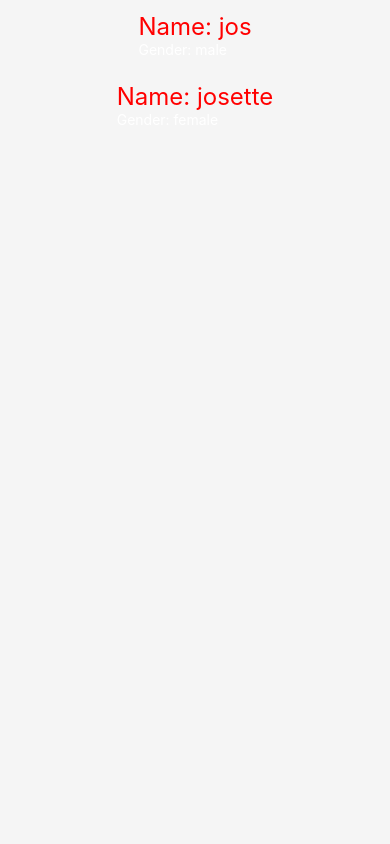
Repository: kfrancois/Bachelorproef-Apps
Screen: / (app in React Native/ListApp/.vscode/)
These files come from the project's save history. The screen is drawn as it stood at one moment and after the next save; the edit follows.
The app was drawn by React Native's web renderer in a window 390 px wide. The project was rebuilt for these pictures with package versions that can differ from the ones it lists, and the page was loaded fresh each time.

Above is the screen before, as saved 2018-04-23 14:58:12.

### React Native/ListApp/.vscode/App.js
import React, { Component } from 'react';
import MyListView from './src/listView';

// type Props = {};
export default class App extends Component {
  render() {
    return <MyListView />;
  }
}

### React Native/ListApp/.vscode/src/listView.js
import React, { Component } from 'react';
import { View, FlatList, Text, SafeAreaView, StyleSheet } from 'react-native';
import items from './items';
import Row from './row';

export default class MyListView extends Component {
  render() {
    return (
      <SafeAreaView style={{ flex: 1, backgroundColor: 'whitesmoke' }}>
        <FlatList
          style={styles.idk}
          contentContainerStyle={styles.container}
          data={items}
          renderItem={data => {
            return <Row item={data.item} />;
          }}
        />
      </SafeAreaView>
    );
  }
}

const styles = StyleSheet.create({
  idk: {
    flex: 1,
    backgroundColor: 'whitesmoke'
  },
  container: {
    justifyContent: 'center',
    alignItems: 'center'
  },
  item: {
    padding: 10,
    fontSize: 18,
    height: 44
  }
});

### React Native/ListApp/.vscode/src/items.js
const items = [
  {
    key: '0',
    name: 'jos',
    gender: 'male'
  },
  {
    key: '1',
    name: 'josette',
    gender: 'female'
  }
];

export default items;

### React Native/ListApp/.vscode/src/row.js
import React from 'react';
import { View, Text, StyleSheet } from 'react-native';

const styles = StyleSheet.create({
  container: {
    padding: 12,
    flexDirection: 'column'
  },
  rowText: {
    fontSize: 14,
    color: '#fff'
  },
  rowHeading: {
    fontSize: 24,
    color: 'red'
  }
});

const Row = props => {
  const item = props.item;
  const { name, gender } = item;
  return (
    <View style={styles.container}>
      <Text style={styles.rowHeading}>Name: {name}</Text>
      <Text style={styles.rowText}>Gender: {gender}</Text>
    </View>
  );
};

export default Row;

After the next save:
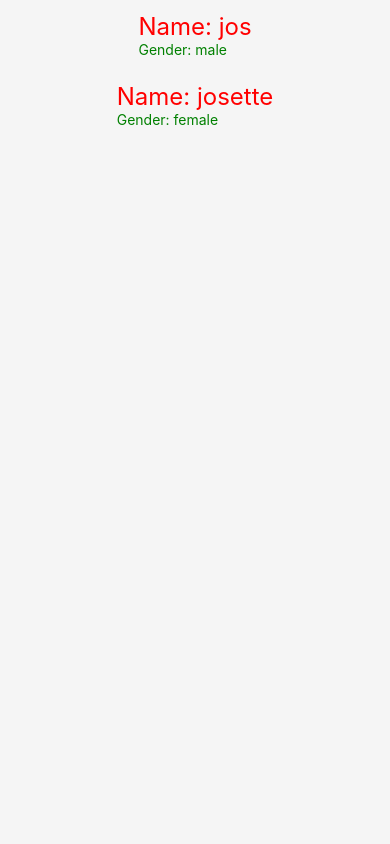
Saved 7 s later.
--- a/React Native/ListApp/.vscode/src/row.js
+++ b/React Native/ListApp/.vscode/src/row.js
@@ -8,7 +8,7 @@ const styles = StyleSheet.create({
   },
   rowText: {
     fontSize: 14,
-    color: '#fff'
+    color: 'green'
   },
   rowHeading: {
     fontSize: 24,
